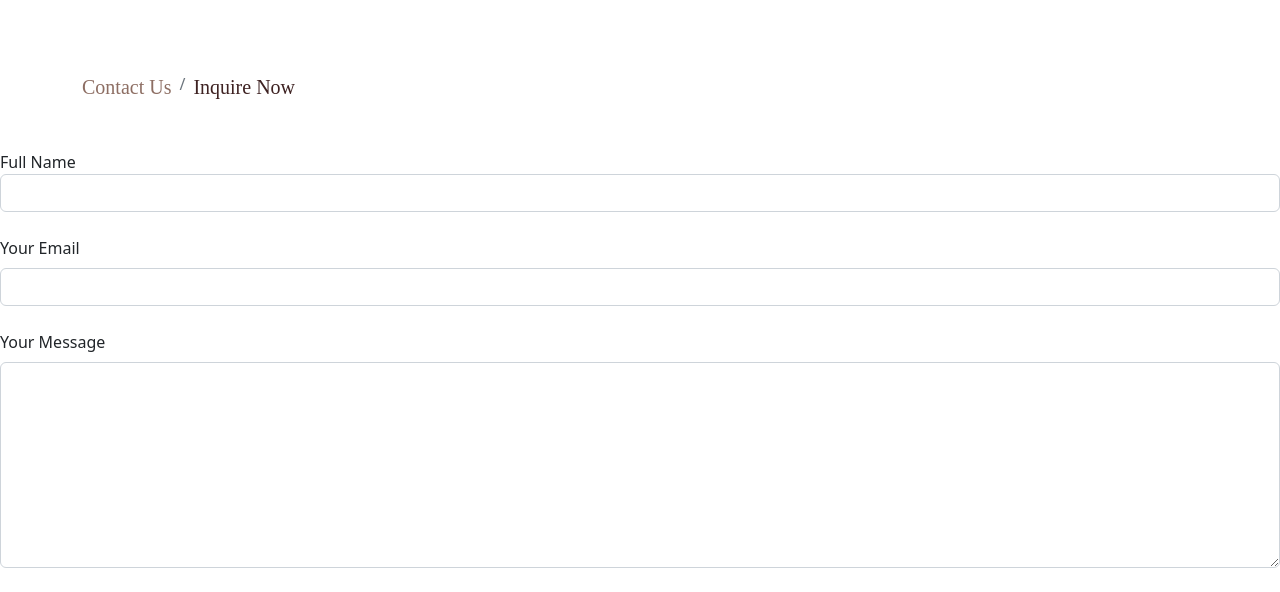
Repository: kaushalyaweerakoon/Plantation-Villa
Page: contact-us.html
These files come from the project's save history. The page is drawn as it stood at one moment and after a run of saves; the edit follows.
The browser window is 1280 px wide. The pictures show the part of the page from y = 1313 to 1905 px (the page is 1905 px tall before and 1889 px after).
Some web fonts or font styles are not loaded; a fallback is used.

Above is the page before, as saved 2022-08-15 14:59:26.
Not found: assets/js/main.js

After the next 2 saves:
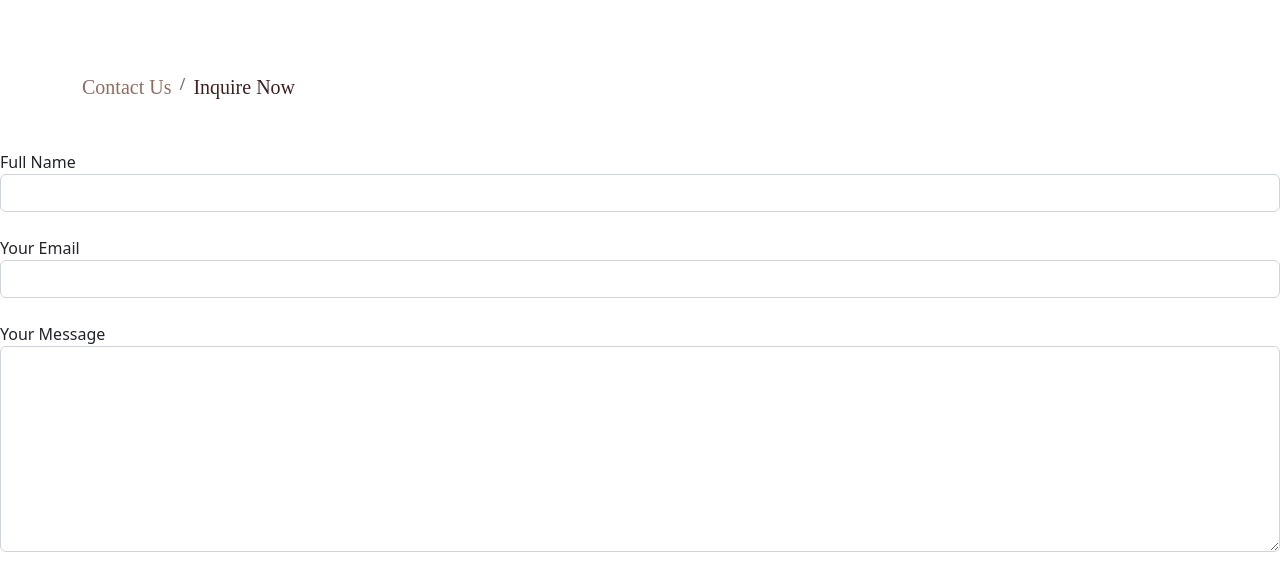
The 2 saves are shown as one change because they came seconds apart.
The last was saved 7 s later.
--- a/contact-us.html
+++ b/contact-us.html
@@ -126,13 +126,13 @@
 
                 <div class="col mb-4">
                     <div class="d-flex justify-content-between align-items-center">
-                        <label for="emailaddress" class="form-label">Your Email </label>
+                        <label for="emailaddress" class="">Your Email </label>
                     </div>
                     <input type="email" class="form-control" id="emailaddress" aria-describedby="emailHelp">
                 </div>
 
                 <div class="col-md-12 mb-4">
-                    <label for="comment" class="form-label">Your Message</label>
+                    <label for="comment" class="">Your Message</label>
                     <textarea class="form-control h-auto" id="comment" rows="8"></textarea>
                 </div>
             </div>
